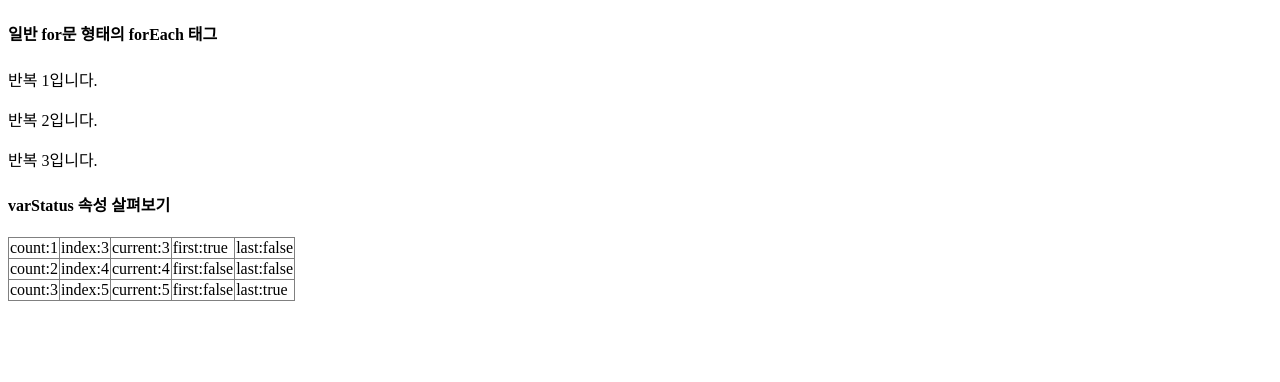
Repository: ahwaboin3/eclipse-workspace-jsp
Page: http://localhost/MustHaveJSP/JSTL/ForEachNormal.jsp
These files come from the project's save history. The page is drawn as it stood at one moment and after the next save; the edit follows.
The browser window is 1280 px wide. The pictures show the whole page.
The page is served by Tomcat 10.

Above is the page before, as saved 2025-05-23 01:25:25.

After the next save:
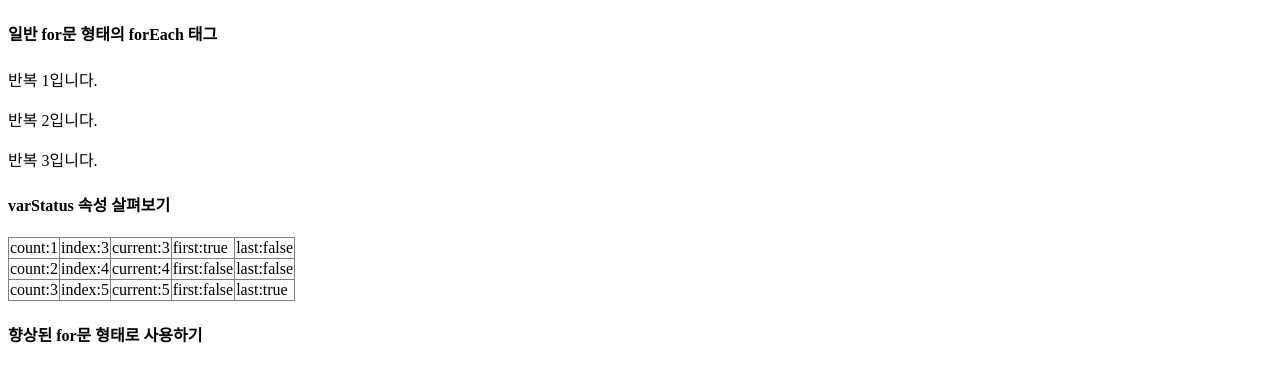
Saved 47 s later.
--- a/MustHaveJSP/src/main/webapp/JSTL/ForEachNormal.jsp
+++ b/MustHaveJSP/src/main/webapp/JSTL/ForEachNormal.jsp
@@ -50,5 +50,6 @@ last | 루프의 마지막일 때 true 반환 | 일반 for문과 동일함
 	</td>
 </c:forEach>
 </table>
+<h4>향상된 for문 형태로 사용하기</h4>
 </body>
 </html>
